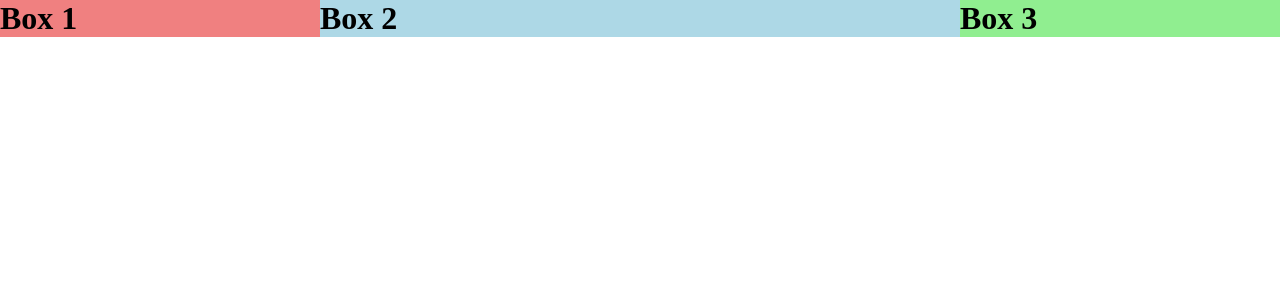
Repository: situmorang-com/grid-system
Page: index.html
The author's editor kept a copy of each file at every save. The page is drawn from the files as they stood at one save, then again after the next save.
The browser window is 1280 px wide. The pictures show the whole page.

Above is the page before, as saved 2020-06-24 17:57:34.

After the next save:
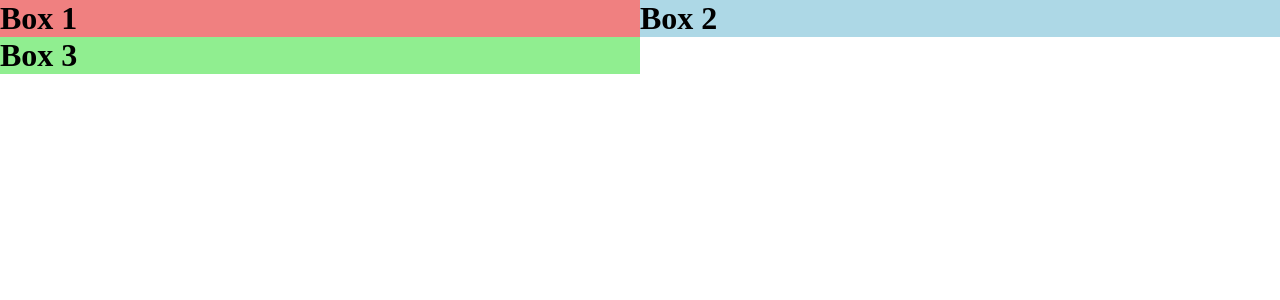
Saved 7 s later.
--- a/style.css
+++ b/style.css
@@ -18,6 +18,6 @@
 
 main {
     display: grid;
-    grid-template-columns: 1fr 2fr 1fr;
+    grid-template-columns: 1fr 1fr;
     grid-template-rows: 1fr 1fr;
 }
